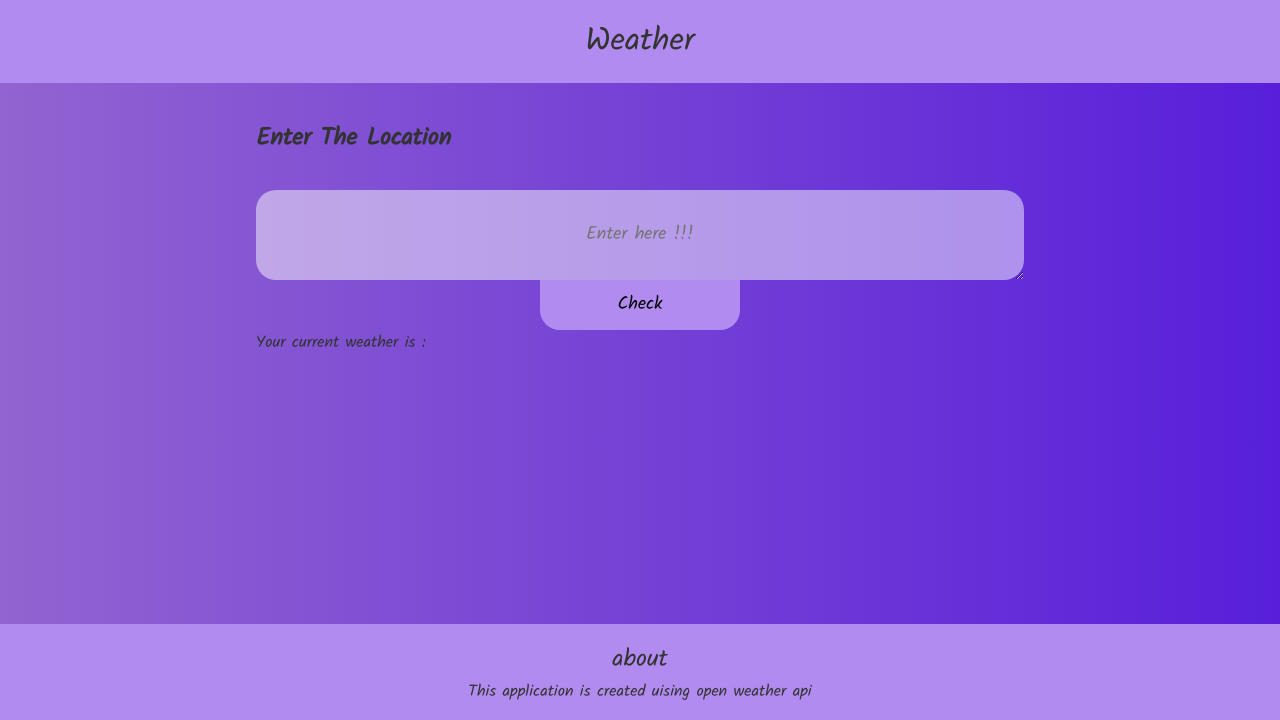
Repository: Irfan-vit/openapi
Page: index.html
These files come from the project's save history. The page is drawn as it stood at one moment and after a run of saves; the edit follows.
The browser window is 1280 px wide. The pictures show the whole page.

Above is the page before, as saved 2021-05-27 23:55:40.

After the next 2 saves:
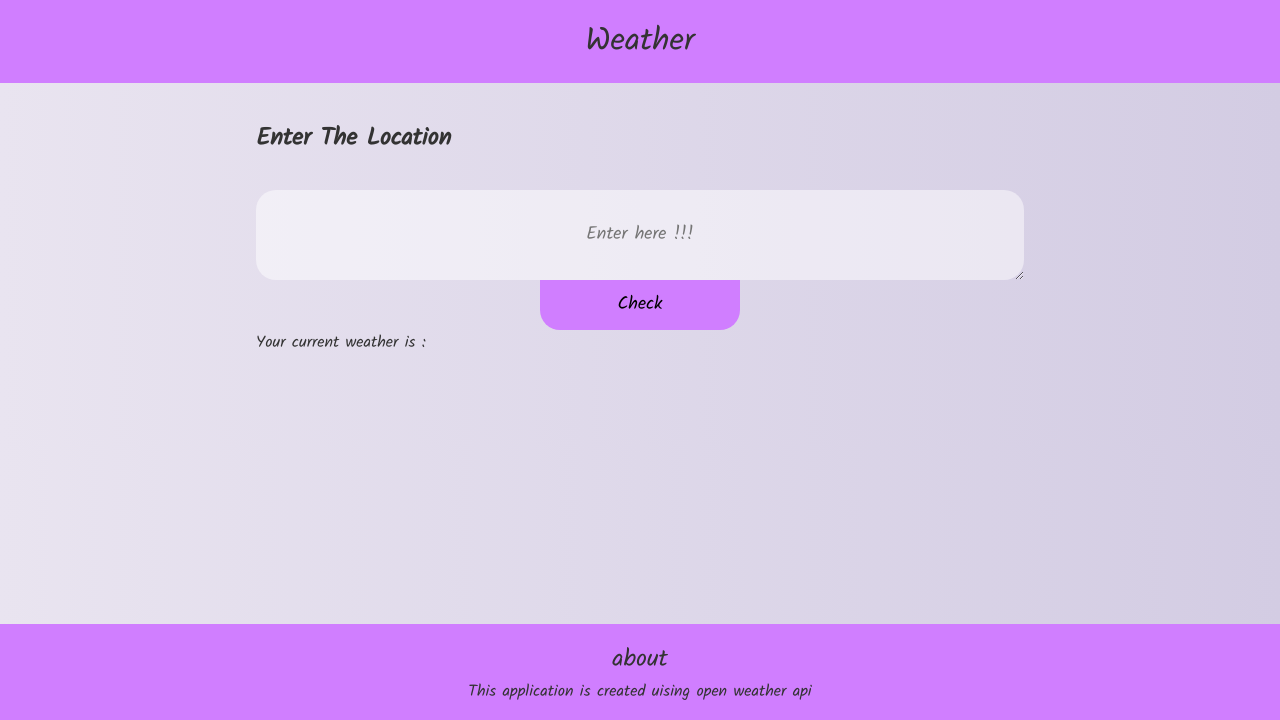
The 2 saves are shown as one change because they came seconds apart.
The last was saved 10 s later.
--- a/style.css
+++ b/style.css
@@ -5,7 +5,7 @@
 }
 
 :root {
-    --primary: #b28bf1;
+    --primary: #d07eff;
     --black: #333333;
     --width-break:800px
 }
@@ -14,7 +14,8 @@ body {
     margin: 0;
     font-family: 'Kalam', cursive;
     color: #333333;
-    background: linear-gradient(to right, #9164d1, #571fda);
+    background: linear-gradient(to right, #E9E4F0, #D3CCE3); /* W3C, IE 10+/ Edge, Firefox 16+, Chrome 26+, Opera 12+, Safari 7+ */
+
 }
 
 nav {
